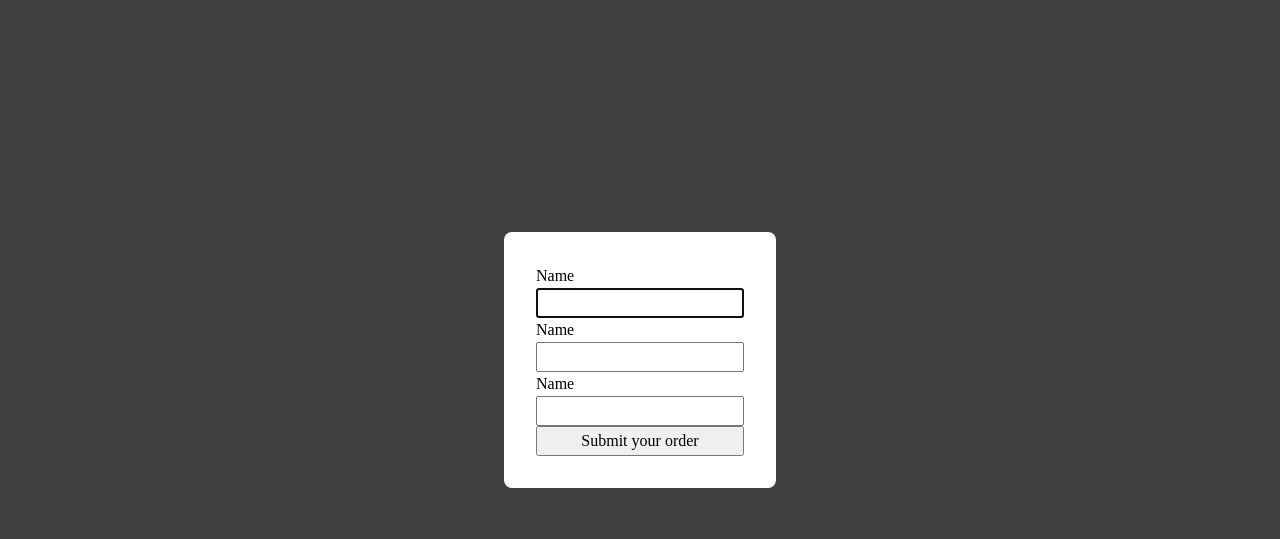
Repository: hjubsoni/hex-ocean-task
Page: /, after clicking the first element matching `button.order-button`
The author's editor kept a copy of each file at every save. The page is drawn from the files as they stood at one save, then again after the next save.
The browser window is 1280 px wide. The pictures show the whole page.
The project was rebuilt for these pictures with package versions that can differ from the ones it lists, and the page was loaded fresh each time. Also part of the build but not shown: vite.config.ts.

Above is the page before, as saved 2023-03-21 22:27:35.

### index.html
<!DOCTYPE html>
<html lang="en">
  <head>
    <meta charset="UTF-8" />
    <link rel="icon" type="image/svg+xml" href="/vite.svg" />
    <meta
      name="viewport"
      content="width=device-width, initial-scale=1.0"
    />
    <title>Vite + React + TS</title>
  </head>
  <body>
    <div id="root"></div>
    <script type="module" src="/src/main.tsx"></script>
  </body>
</html>

### src/App.tsx
import React from 'react';
import './App.css';
import { ShoppingBag } from 'react-feather';
import ModalForm from './components/ModalForm';

function App() {
  const [isModalOpen, setIsModalOpen] = React.useState(false);

  const toggleIsOpenModal = () => {
    setIsModalOpen(!isModalOpen);
  };

  return (
    <>
      <div className="wrapper">
        <button className="order-button" onClick={toggleIsOpenModal}>
          <div className="icon-wrapper">
            <ShoppingBag color="white" />
          </div>
          <span className="order-button-text">Order</span>
        </button>
      </div>
      {isModalOpen && <ModalForm handleDismiss={toggleIsOpenModal} />}
    </>
  );
}

export default App;

### src/index.css
*,
*::before,
*::after {
  box-sizing: border-box;
}

* {
  margin: 0;
}

html,
body,
#root {
  height: 100%;
}

body {
  line-height: 1.5;
  -webkit-font-smoothing: antialiased;
}

img,
picture,
video,
canvas,
svg {
  display: block;
  max-width: 100%;
}

input,
button,
textarea,
select {
  font: inherit;
}

p,
h1,
h2,
h3,
h4,
h5,
h6 {
  overflow-wrap: break-word;
}

#root,
#__next {
  isolation: isolate;
}

### src/App.css
.wrapper {
  height: 100%;
  display: flex;
  justify-content: center;
  align-items: center;
}

.order-button {
  display: flex;
  width: 180px;
  height: 2.625rem;
  align-items: center;
  padding: 4px 8px;
  gap: 8px;
  border-radius: 8px;
  background: #184fee;
  cursor: pointer;
  border: none;
}

.order-button-text {
  font-size: 1.5rem;
  color: white;
  margin-left: auto;
  margin-right: auto;
}

.icon-wrapper {
  animation-duration: 2s;
}

.order-button:hover > .icon-wrapper {
  animation-name: bounce;
  animation-timing-function: cubic-bezier(0.28, 0.84, 0.42, 1);
}
@keyframes bounce {
  0% {
    transform: scale(1, 1) translateY(0);
  }
  10% {
    transform: scale(1.1, 0.9) translateY(0);
  }
  30% {
    transform: scale(0.9, 1.1) translateY(-5px);
  }
  50% {
    transform: scale(1.05, 0.95) translateY(0);
  }
  57% {
    transform: scale(1, 1) translateY(-2px);
  }
  64% {
    transform: scale(1, 1) translateY(0);
  }
  100% {
    transform: scale(1, 1) translateY(0);
  }
}

### src/components/ModalForm/index.tsx
export { default } from './ModalForm';

### src/components/ModalForm/ModalForm.tsx
import React from 'react';
import FocusLock from 'react-focus-lock';
import { X } from 'react-feather';
import './styles.css';

function ModalForm({ handleDismiss }: { handleDismiss: () => void }) {
  return (
    <FocusLock>
      <div className="wrapper">
        <div className="backdrop" />
        <form className="modal-form">
          <div>
            <label className="form-label">Name</label>
            <input className="form-input" />
          </div>
          <div>
            <label className="form-label">Name</label>
            <input className="form-input" />
          </div>
          <div>
            <label className="form-label">Name</label>
            <input className="form-input" />
          </div>
          <button type="submit">Submit your order</button>
        </form>
      </div>
    </FocusLock>
  );
}

export default ModalForm;

### src/components/ModalForm/styles.css
.wrapper {
  position: fixed;
  inset: 0;
  display: grid;
  place-content: center;
  padding: 16px;
}

.backdrop {
  position: absolute;
  inset: 0;
  background: hsl(0deg 0% 0% / 0.75);
}

.modal-form {
  position: relative;
  background: white;
  border-radius: 8px;
  padding: 32px;
  display: flex;
  flex-direction: column;
}

.form-label {
  display: inline-block;
  font-weight: 500;
}

.form-input {
  display: block;
}

Loaded but not shown: src/main.tsx (common file)

After the next save:
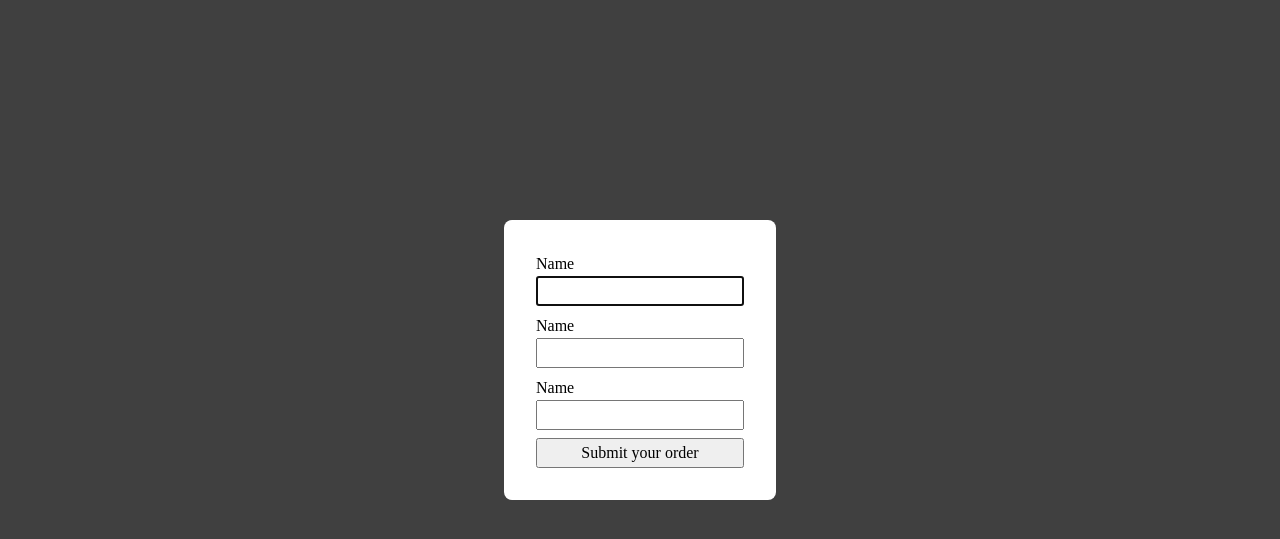
Saved 9 s later.
--- a/src/components/ModalForm/styles.css
+++ b/src/components/ModalForm/styles.css
@@ -19,6 +19,7 @@
   padding: 32px;
   display: flex;
   flex-direction: column;
+  gap: 8px;
 }
 
 .form-label {
